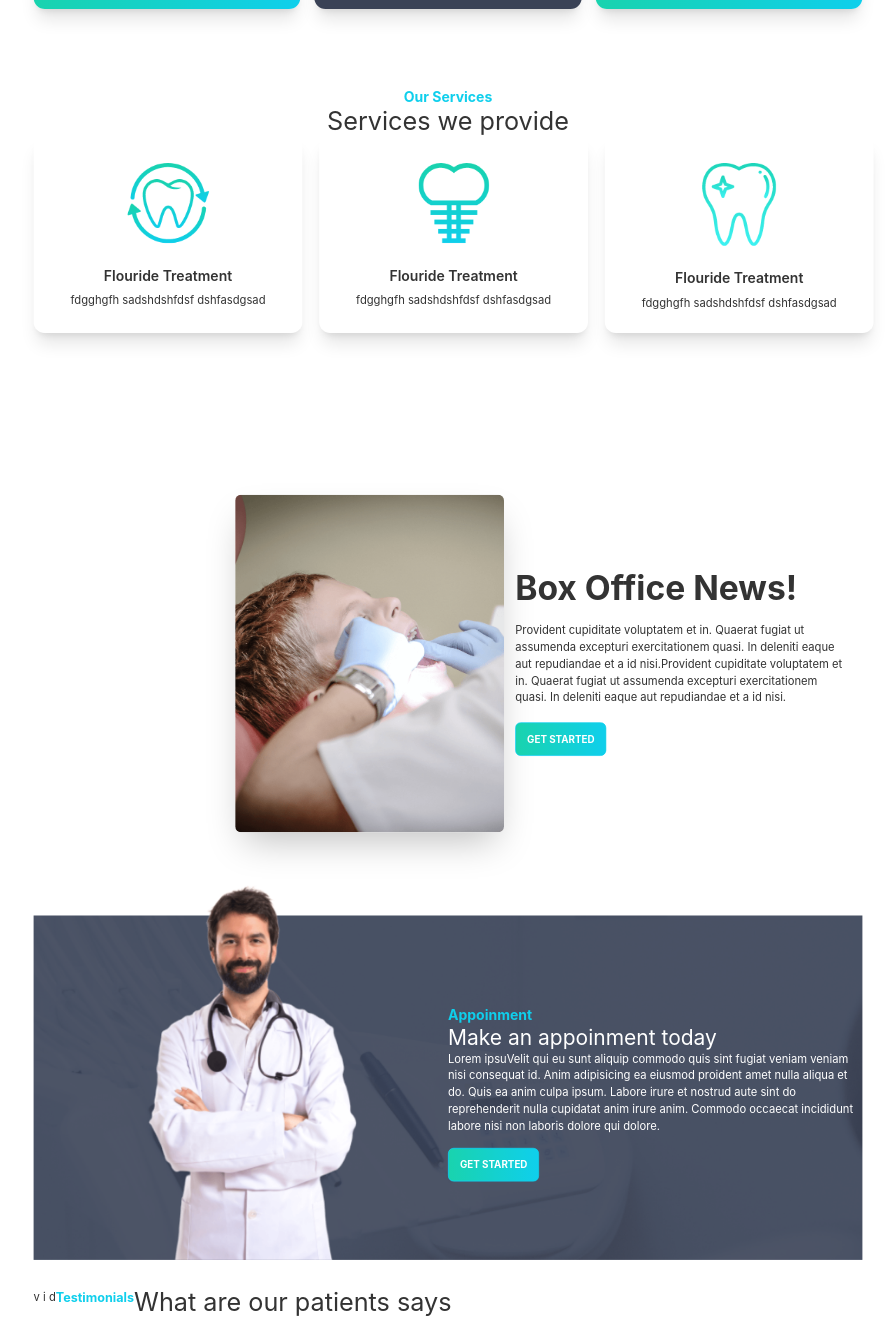
Repository: devsajid/doctors-portal-client
Page: /
An editor plug-in stored every save of this project. The page is shown before and after a run of saves, followed by the edit.
The browser window is 1280 px wide. The pictures show the part of the page from y = 927 to 2847 px (the page is 2847 px tall), at 70% of full size.
Backgrounds fixed to the window are drawn as part of the page. The project was rebuilt for these pictures with package versions that can differ from the ones it lists, and the page was loaded fresh each time. Also part of the build but not shown: src/App.css, src/Pages/About/About.js, src/Pages/Appoinment/Appoinment.js, src/Pages/Contact/Contact.js, src/Pages/Login/Login.js, src/Pages/Review/Review.js.

Above is the page before, as saved 2022-08-14 11:59:23.

### src/index.js
import React from "react";
import ReactDOM from "react-dom/client";
import "./index.css";
import App from "./App";
import reportWebVitals from "./reportWebVitals";
import { BrowserRouter } from "react-router-dom";
const root = ReactDOM.createRoot(document.getElementById("root"));
root.render(
  <React.StrictMode>
    <BrowserRouter>
      <App />
    </BrowserRouter>
  </React.StrictMode>
);

reportWebVitals();

### src/App.js
import "./App.css";
import Navbar from "./Pages/Home/Share/Navbar/Navbar";
import { Routes, Route } from "react-router-dom";
import Home from "./Pages/Home/Home";
import About from "./Pages/About/About";
import Appoinement from "./Pages/Appoinment/Appoinment";
import Contact from "./Pages/Contact/Contact";
import Login from "./Pages/Login/Login";
import Review from "./Pages/Review/Review";
function App() {
  return (
    <div>
      <Navbar></Navbar>
      <Routes>
        <Route path="/" element={<Home />} />
        <Route path="about" element={<About />} />
        <Route path="appoinement" element={<Appoinement />} />
        <Route path="contact" element={<Contact />} />
        <Route path="login" element={<Login />} />
        <Route path="review" element={<Review />} />
      </Routes>
    </div>
  );
}

export default App;

### src/Pages/Home/Share/Navbar/Navbar.js
import React from "react";
import { Link } from "react-router-dom";

const Navbar = () => {
  const menuItem = (
    <>
      {" "}
      <li>
        <Link to="/">Home</Link>
      </li>
      <li>
        <Link to="about">About</Link>
      </li>
      <li>
        <Link to="appoinement">Appoinement</Link>
      </li>
      <li>
        <Link to="review">Review</Link>
      </li>
      <li>
        <Link to="contact">Contact us</Link>
      </li>
      <li>
        <Link to="login">Login</Link>
      </li>
    </>
  );
  return (
    <div>
      <div class="navbar   bg-base-100">
        <div class="navbar-start">
          <div class="dropdown">
            <label tabindex="0" class="btn btn-ghost lg:hidden">
              <svg
                xmlns="http://www.w3.org/2000/svg"
                class="h-5 w-5"
                fill="none"
                viewBox="0 0 24 24"
                stroke="currentColor"
              >
                <path
                  stroke-linecap="round"
                  stroke-linejoin="round"
                  stroke-width="2"
                  d="M4 6h16M4 12h8m-8 6h16"
                />
              </svg>
            </label>
            <ul
              tabindex="0"
              class="menu menu-compact dropdown-content mt-3 p-2 shadow bg-base-100 rounded-box w-52"
            >
              {menuItem}
            </ul>
          </div>
          <a class="btn btn-ghost normal-case text-xl">Doctor Portals</a>
        </div>
        <div class="navbar-center hidden lg:flex">
          <ul class="menu menu-horizontal p-0">{menuItem}</ul>
        </div>
      </div>
    </div>
  );
};

export default Navbar;

### src/Pages/Home/Home.js
import React from "react";
import Services from "../Services/Services";
import Terms from "../Terms/Terms";
import Appoinments from "./Appoinments/Appoinments";
import Banner from "./Banner/Banner";
import Info from "./Info/Info";
import Testimonials from "./Testimonials/Testimonials";

const Home = () => {
  return (
    <div className="lg:px-12 sm:px-0">
      <Banner></Banner>
      <Info></Info>
      <Services></Services>
      <Terms></Terms>
      <Appoinments></Appoinments><Testimonials></Testimonials>
    </div>
  );
};

export default Home;

### src/Pages/Services/Services.js
import React from "react";
import fluoride from "../../assets/images/fluoride.png";
import cavity from "../../assets/images/cavity.png";
import whitening from "../../assets/images/whitening.png";
import Service from "./Service";
const Services = () => {
  const services = [
    {
      _id: 1,
      name: "Flouride Treatment",
      description: "fdgghgfh sadshdshfdsf dshfasdgsad",
      img: fluoride,
    },
    {
      _id: 2,
      name: "Flouride Treatment",
      description: "fdgghgfh sadshdshfdsf dshfasdgsad",
      img: cavity,
    },
    {
      _id: 3,
      name: "Flouride Treatment",
      description: "fdgghgfh sadshdshfdsf dshfasdgsad",
      img: whitening,
    },
  ];
  return (
    <div className="my-28">
      <div className="text-center">
        <h3 className="text-primary text-xl font-bold upparecase">
          Our Services
        </h3>
        <h1 className="text-4xl">Services we provide</h1>
      </div>
      <div className="grid sm:grid-cols-1 md:grid-cols-2 lg:grid-cols-3 gap-10">
        {" "}
        {services.map((service) => (
          <Service key={service._id} service={service}></Service>
        ))}
      </div>
    </div>
  );
};

export default Services;

### src/Pages/Terms/Terms.js
import React from "react";
import treatment from "../../assets/images/treatment.png";
import PrimaryButton from "../Home/Share/Navbar/PrimaryButton/PrimaryButton";
const Terms = () => {
  return (
    <div class="hero  min-h-screen ">
      <div class="hero-content pl-30 flex-col lg:flex-row lg:pl-72 sm:pl-0">
        <img
          src={treatment}
          class="max-w-sm rounded-lg shadow-2xl"
          alt="treatmaent"
        />
        <div>
          <h1 class="text-5xl font-bold">Box Office News!</h1>
          <p class="py-6">
            Provident cupiditate voluptatem et in. Quaerat fugiat ut assumenda
            excepturi exercitationem quasi. In deleniti eaque aut repudiandae et
            a id nisi.Provident cupiditate voluptatem et in. Quaerat fugiat ut
            assumenda excepturi exercitationem quasi. In deleniti eaque aut
            repudiandae et a id nisi.
          </p>
          <PrimaryButton></PrimaryButton>
        </div>
      </div>
    </div>
  );
};

export default Terms;

### src/Pages/Home/Appoinments/Appoinments.js
import React from "react";
import doctor from "../../../assets/images/doctor.png";
import appoinment from "../../../assets/images/appointment.png";
import PrimaryButton from "../Share/Navbar/PrimaryButton/PrimaryButton";

const Appoinments = () => {
  return (
    <section
      className="flex justify-center items-center sm:flex-none"
      style={{ background: `url(${appoinment})` }}
    >
      <div className="flex-1 hidden lg:block">
        <img className="mt-[-100px]" src={doctor} alt="Appoinment doctor"></img>
      </div>
      <div className="flex-1  ">
        <h2 className="text-xl text-primary font-bold mt-4">Appoinment</h2>
        <h4 className="text-3xl text-white">Make an appoinment today</h4>
        <p className="text-white mb-5">
          Lorem ipsuVelit qui eu sunt aliquip commodo quis sint fugiat veniam
          veniam nisi consequat id. Anim adipisicing ea eiusmod proident amet
          nulla aliqua et do. Quis ea anim culpa ipsum. Labore irure et nostrud
          aute sint do reprehenderit nulla cupidatat anim irure anim. Commodo
          occaecat incididunt labore nisi non laboris dolore qui dolore.
        </p>
        <PrimaryButton></PrimaryButton>
      </div>
    </section>
  );
};

export default Appoinments;

### src/Pages/Home/Banner/Banner.js
import React from "react";
import chair from "../../../assets/images/chair.png";
import bg from "../../../assets/images/bg.png";
import PrimaryButton from "../Share/Navbar/PrimaryButton/PrimaryButton";
const Banner = () => {
  return (
    <div>
      <div class="hero min-h-screen ">
        <div
          class="hero-content bg-fixed flex-col lg:flex-row-reverse"
          style={{ backgroundImage: `url(${bg})` }}
        >
          <img src={chair} class="max-w-sm rounded-lg shadow-2xl" />
          <div>
            <h1 class="text-5xl font-bold">Your New Smile Starts Here</h1>
            <p class="py-6">
              Provident cupiditate voluptatem et in. Quaerat fugiat ut assumenda
              excepturi exercitationem quasi. In deleniti eaque aut repudiandae
              et a id nisi.
            </p>
            <PrimaryButton></PrimaryButton>
          </div>
        </div>
      </div>
    </div>
  );
};

export default Banner;

### src/Pages/Home/Info/Info.js
import React from "react";
import InfoCard from "../Info/InfoCard";
import clock from "../../../assets/icons/clock.svg";
import marker from "../../../assets/icons/marker.svg";
import phone from "../../../assets/icons/phone.svg";
const Info = () => {
  return (
    <div className="grid grid-cols-1 lg:grid-cols-3 gap-5 ">
      <InfoCard
        cardTitle="Openning Hours"
        bgClass="bg-gradient-to-r from-secondary to-primary"
        img={marker}
      ></InfoCard>
      <InfoCard
        cardTitle="Our Locatons"
        bgClass="bg-accent"
        img={clock}
      ></InfoCard>
      <InfoCard
        cardTitle="Contact us"
        bgClass="bg-gradient-to-r from-secondary to-primary"
        img={phone}
      ></InfoCard>
    </div>
  );
};

export default Info;

### src/Pages/Home/Testimonials/Testimonials.js
import React from "react";
import quote from "../../../assets/icons/quote.svg";
const Testimonials = () => {
  return (
    <section>
      <div
        className="py-10 flex justyfy-between"
        // style={{
        //   backgroundImage: `url(${quote})`,
        //   backgroundRepeat: "no-repeat",
        //   backgroundSize: 100,
        //   backgroundAttachment: "fixed",
        //   backgroundPosition: "right",
        // }}
      >
        v i d<h5 className="text-primary text-lg font-bold">Testimonials</h5>
        <h2 className="text-capitalize text-4xl">What are our patients says</h2>
      </div>

      <div></div>
    </section>
  );
};

export default Testimonials;

### src/Pages/Services/Service.js
import React from "react";

const Service = ({ service }) => {
  return (
    <div class="card lg:max-w-lg w-96 bg-base-100 shadow-xl">
      <figure class="px-10 pt-10">
        <img src={service.img} alt="Shoes" class="rounded-xl" />
      </figure>
      <div class="card-body items-center text-center">
        <h2 class="card-title">{service.name}</h2>
        <p>{service.description}</p>
      </div>
    </div>
  );
};

export default Service;

### src/Pages/Home/Share/Navbar/PrimaryButton/PrimaryButton.js
import React from "react";

const PrimaryButton = () => {
  return (
    <div>
      <button class="btn btn-primary uppercase text-white font-bold bg-gradient-to-r from-secondary to-primary">
        Get Started
      </button>{" "}
    </div>
  );
};

export default PrimaryButton;

### src/Pages/Home/Info/InfoCard.js
import React from "react";

const InfoCard = ({ img, cardTitle, bgClass }) => {
  return (
    <div class={`card lg:card-side shadow-xl ${bgClass}`}>
      <figure className="pl-5">
        <img src={img} alt="Album" />
      </figure>
      <div class="card-body text-white">
        <h2 class="card-title">{cardTitle}</h2>
        <p>Click the button to listen on Spotiwhy app.</p>
        <div class="card-actions justify-end"></div>
      </div>
    </div>
  );
};

export default InfoCard;

### tailwind.config.js
/** @type {import('tailwindcss').Config} */
module.exports = {
  content: ["./src/**/*.{html,js}"],
  theme: {
    extend: {},
  },
  daisyui: {
    themes: [
      {
        doctortheme: {
          primary: "#0fcfec",
          secondary: "#19D3AE",
          accent: "#3A4256",
          neutral: "#3d4451",
          "base-100": "#ffffff",
        },
      },
      "dark",
      "cupcake",
    ],
  },
  plugins: [require("daisyui")],
};

Loaded but not shown: public/index.html (common file); src/index.css (common file); src/reportWebVitals.js (common file)

After the next 7 saves:
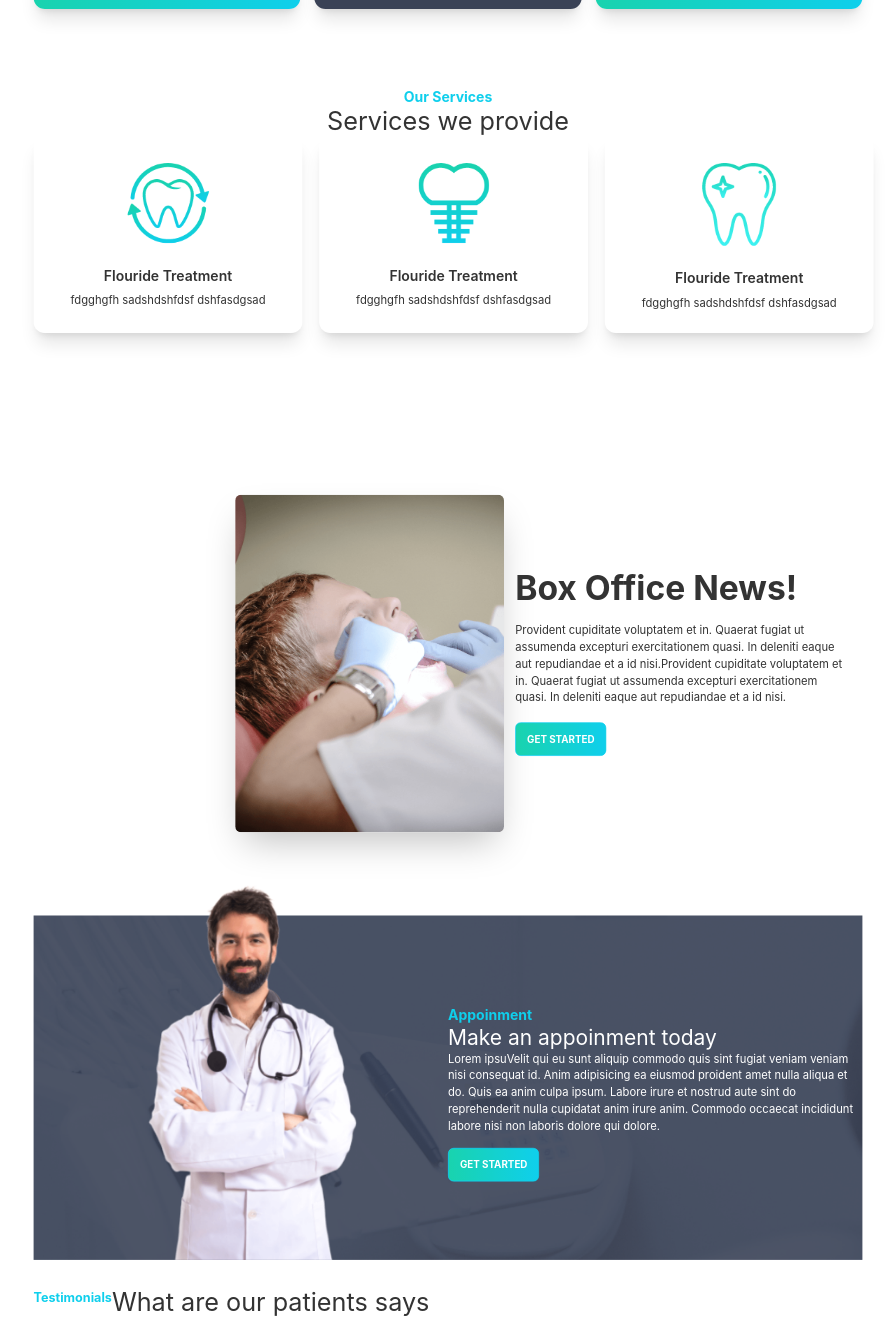
The 7 saves are shown as one change because they came seconds apart.
The last was saved 25 s later.
--- a/src/Pages/Home/Testimonials/Testimonials.js
+++ b/src/Pages/Home/Testimonials/Testimonials.js
@@ -13,7 +13,8 @@ const Testimonials = () => {
         //   backgroundPosition: "right",
         // }}
       >
-        v i d<h5 className="text-primary text-lg font-bold">Testimonials</h5>
+        <div></div>{" "}
+        <h5 className="text-primary text-lg font-bold">Testimonials</h5>
         <h2 className="text-capitalize text-4xl">What are our patients says</h2>
       </div>
 
